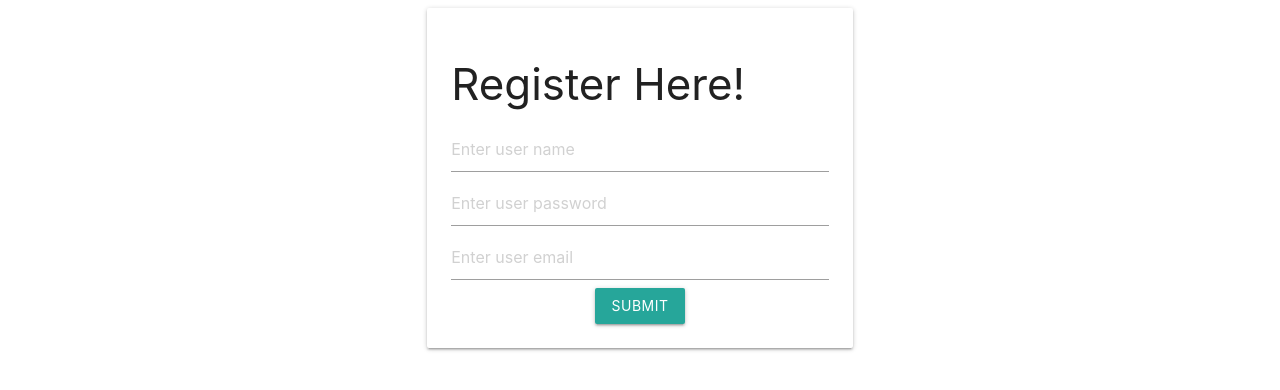
Repository: riddhiwho/Eclipse-Projects
Page: http://localhost/Register/signup.jsp
These files come from the project's save history. The page is drawn as it stood at one moment and after the next save; the edit follows.
The browser window is 1280 px wide. The pictures show the whole page.
The page is served by Tomcat 9. Other server files are loaded and not shown.

Above is the page before, as saved 2021-06-05 05:50:17.

### Register/src/main/webapp/signup.jsp
<%@ page language="java" contentType="text/html; charset=UTF-8"
    pageEncoding="UTF-8"%>
<!DOCTYPE html>
<html>
<head>
<meta charset="UTF-8">
<title>JSP Page</title>

    <!-- Compiled and minified CSS -->
    <link rel="stylesheet" href="https://cdnjs.cloudflare.com/ajax/libs/materialize/1.0.0/css/materialize.min.css">

    <!-- Compiled and minified JavaScript -->
    <script src="https://cdnjs.cloudflare.com/ajax/libs/materialize/1.0.0/js/materialize.min.js"></script>

</head>
<body>
	<div class="container">
		<div class="row">
			<div class="col m6 offset-m3">
				<div class="card">
					<div class="card-content">
						<h3>Register Here!</h3>

						<div class="form center-align">

							<form action="Register" method="post">
								<input type="text" name="user_name" placeholder="Enter user name" />
								<input type="password" name="user_password" placeholder="Enter user password" />
								<input type="email" name="user_email" placeholder="Enter user email" />

								<button type="submit" class="btn">Submit</button>

							</form>

						</div>

						<div clas="loader">

						</div>
					</div>
				</div>
			</div>
		</div>
	</div>
</body>
</html>

After the next save:
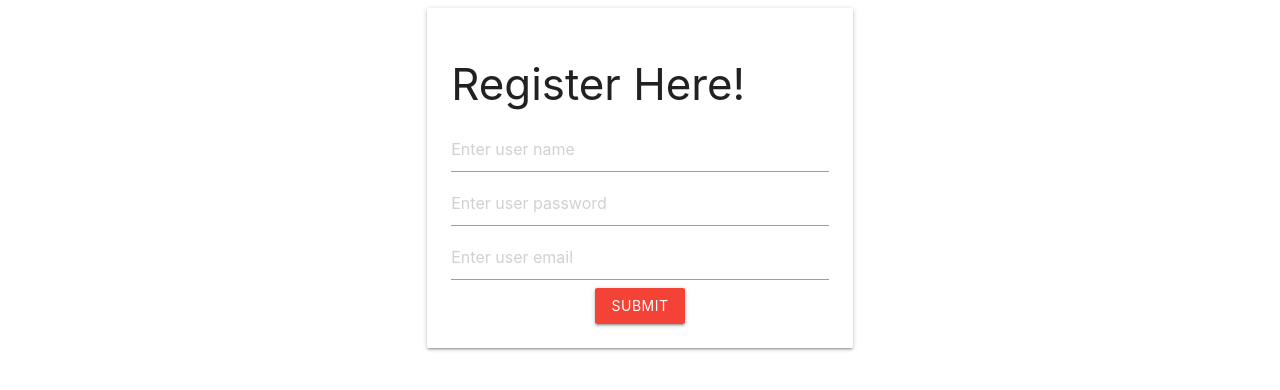
Saved 17 s later.
--- a/Register/src/main/webapp/signup.jsp
+++ b/Register/src/main/webapp/signup.jsp
@@ -28,7 +28,7 @@
 								<input type="password" name="user_password" placeholder="Enter user password" />
 								<input type="email" name="user_email" placeholder="Enter user email" />
 
-								<button type="submit" class="btn">Submit</button>
+								<button type="submit" class="btn red">Submit</button>
 
 							</form>
 
